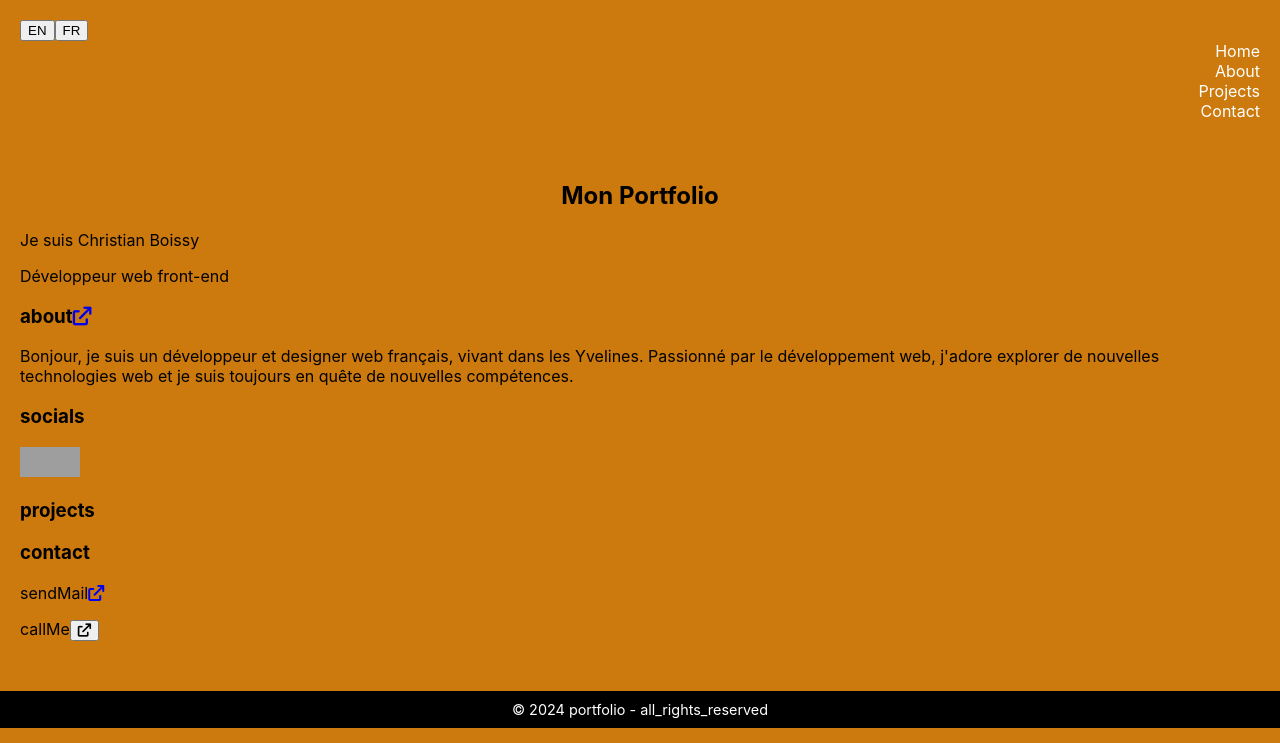
Repository: Christian121966/mon-portfolio
Page: /
These files come from the project's save history. The page is drawn as it stood at one moment and after a run of saves; the edit follows.
The browser window is 1280 px wide. The pictures show the whole page.
Pictures or frames that could not be fetched are drawn as grey boxes. The project was rebuilt for these pictures with package versions that can differ from the ones it lists, and the page was loaded fresh each time. Also part of the build but not shown: src/pages/AboutPage/AboutPage.scss, src/pages/AboutPage/AboutPage.js, src/pages/ProjectsPage/ProjectsPage.js, src/pages/ContactPage/ContactPage.js. Imported but missing from the stored project, and not drawn on this page: src/i18next.

Above is the page before, as saved 2024-07-24 14:40:25.

After the next 6 saves:
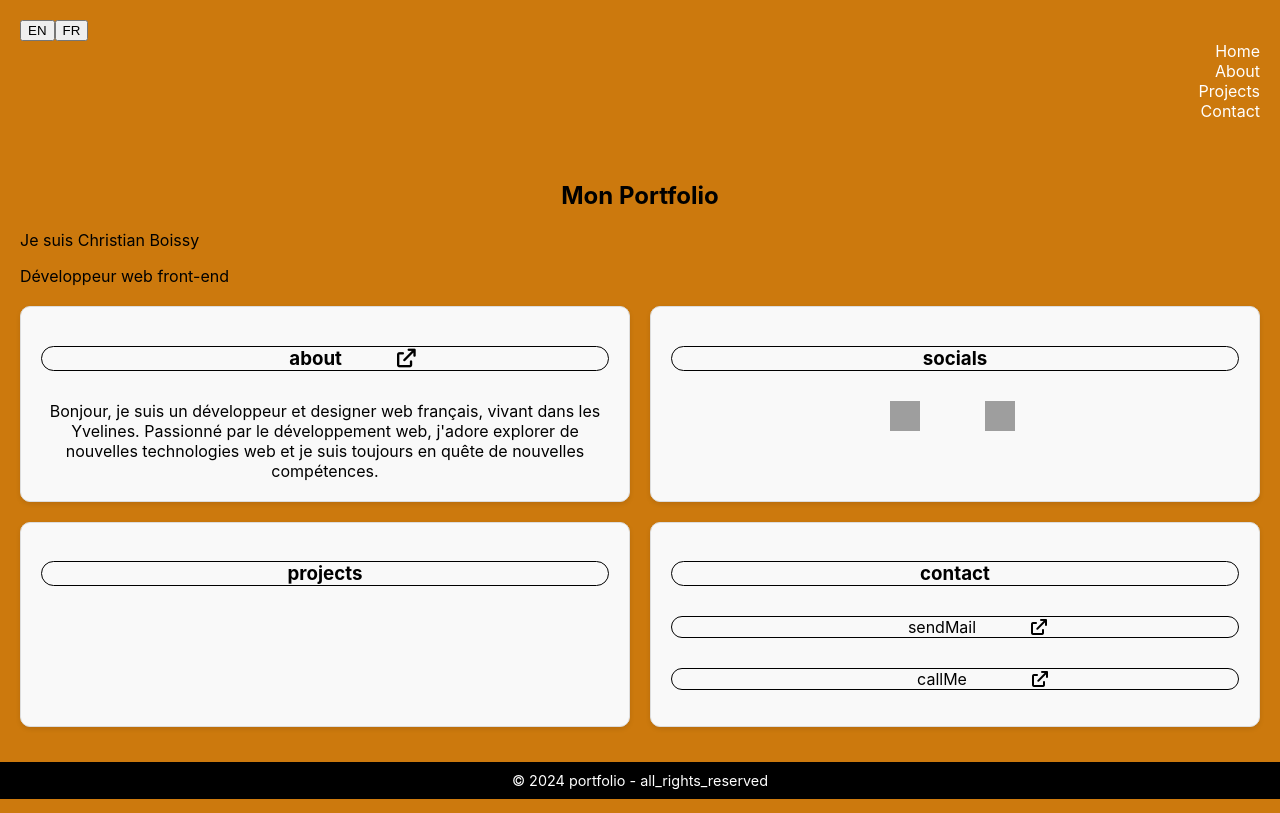
The 6 saves are shown as one change because 1 did not build or start and some came seconds apart.
The last was saved 22 s later.
--- a/src/pages/HomePage/HomePage.scss
+++ b/src/pages/HomePage/HomePage.scss
@@ -10,7 +10,9 @@
       text-align: center;
     }
 
-    .homepage__name
+    .homepage__name {
+      display: flex;
+    }
 
     .homepage__cards {
       display: grid;
